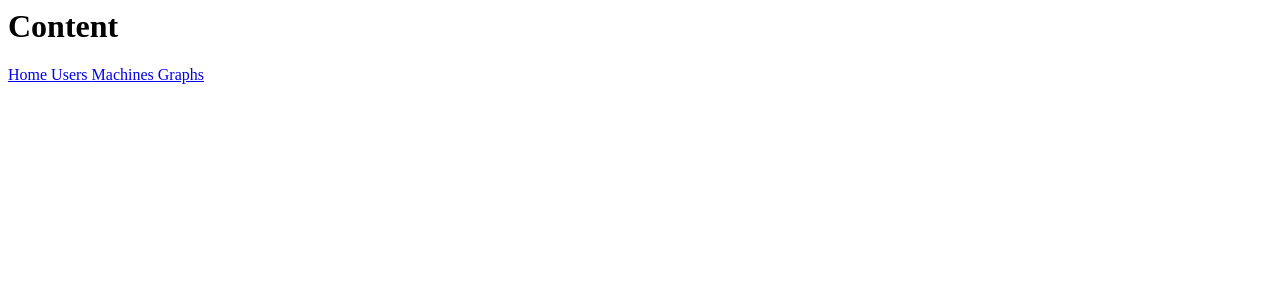
Repository: manu-bulboaca/ApneeaProject
Page: public/AngularApp/pages/sidebar.html
The author's editor kept a copy of each file at every save. The page is drawn from the files as they stood at one save, then again after the next save.
The browser window is 1280 px wide. The pictures show the whole page.

Above is the page before, as saved 2015-03-18 19:01:04.

After the next save:
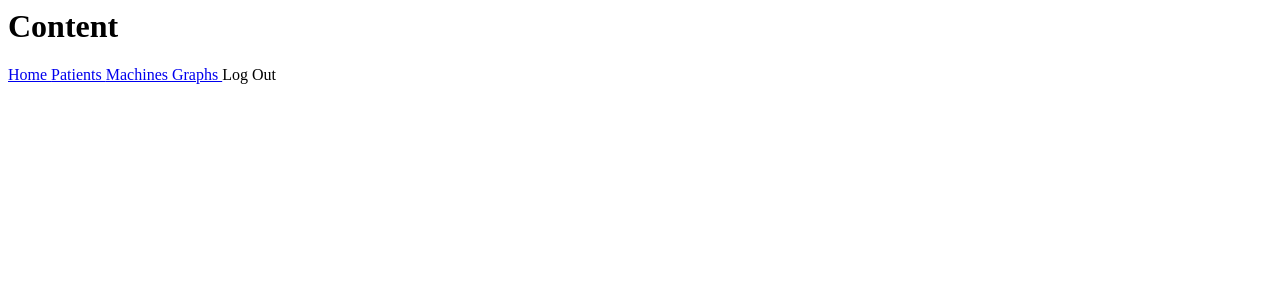
Saved 31 s later.
--- a/public/AngularApp/pages/sidebar.html
+++ b/public/AngularApp/pages/sidebar.html
@@ -3,9 +3,10 @@
   <div class="scrollable-content">
     <div class="list-group" ui-turn-off='uiSidebarLeft'>
       <a class="list-group-item" href="#/">Home <i class="fa fa-chevron-right pull-right"></i></a>
-      <a class="list-group-item" href="#/insertUser">Users <i class="fa fa-chevron-right pull-right"></i></a>
+      <a class="list-group-item" href="#/insertUser">Patients <i class="fa fa-chevron-right pull-right"></i></a>
       <a class="list-group-item" href="#/insertMachine">Machines <i class="fa fa-chevron-right pull-right"></i></a>
-      <a class="list-group-item" href="#/Graphs">Graphs <i class="fa fa-chevron-right pull-right"></i></a>
+      <a class="list-group-item" href="#/graphs">Graphs <i class="fa fa-chevron-right pull-right"></i></a>
+      <a class="list-group-item"  ng-click="logOut()">Log Out <i class="fa fa-sign-out pull-right"></i></a>
     </div>
   </div>
 </div>
